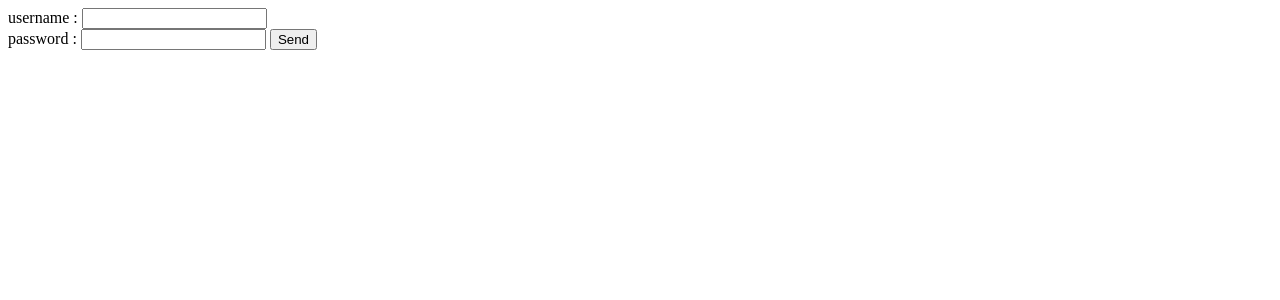
Repository: Aylin-NL/Webtech
Page: webtech1/WebContent/Login.html
These files come from the project's save history. The page is drawn as it stood at one moment and after the next save; the edit follows.
The browser window is 1280 px wide. The pictures show the whole page.

Above is the page before, as saved 2014-09-02 20:46:45.

### webtech1/WebContent/Login.html
<!DOCTYPE html>
<html>
<head>
<meta charset="ISO-8859-1">

<title>Login</title>
</head>
	<body>
		<form action="./Servlet1" method="post">
			username  : <input type="text" name="username"> <br>
			password  : <input type="password" name="password">
			<input type="submit" name="submit" value="Send">
		</form>

	</body>
</html>

After the next save:
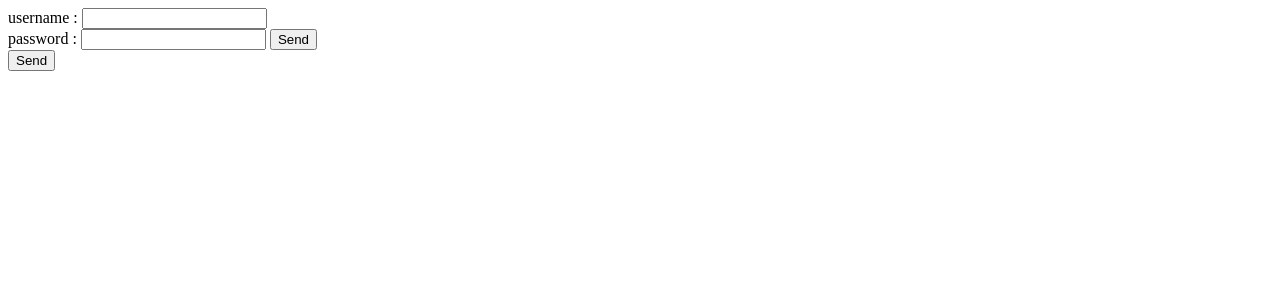
Saved 70 s later.
--- a/webtech1/WebContent/Login.html
+++ b/webtech1/WebContent/Login.html
@@ -12,5 +12,9 @@
 			<input type="submit" name="submit" value="Send">
 		</form>
 
+		<form action="./servlet1" method="post">
+			<input type="submit" name="submit" value="Send">
+		</form>
+
 	</body>
 </html>
